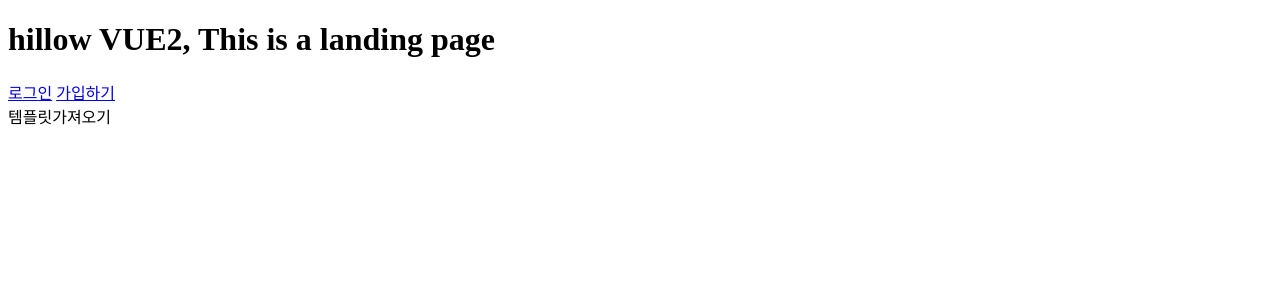
Repository: GEOkettle/SPRING_BLOG
Page: blog/src/main/resources/public/html/main/index.html
An editor plug-in stored every save of this project. The page is shown before and after the next save, followed by the edit.
The browser window is 1280 px wide. The pictures show the whole page.

Above is the page before, as saved 2023-03-31 07:50:40.

After the next save:
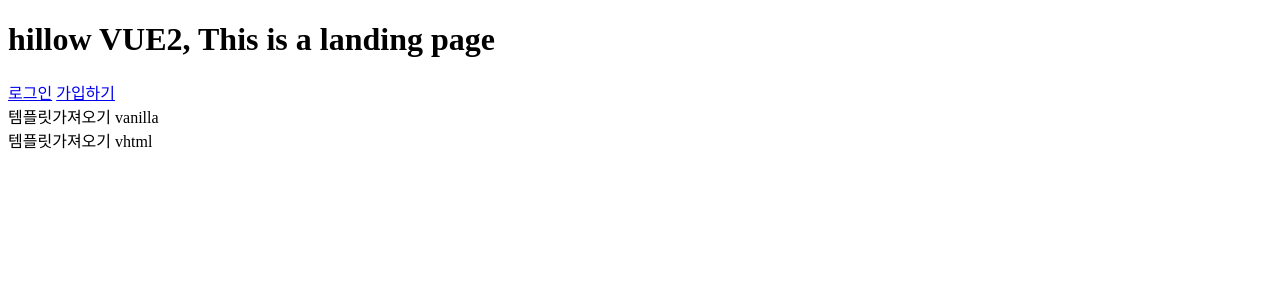
Saved 69 s later.
--- a/blog/src/main/resources/public/html/main/index.html
+++ b/blog/src/main/resources/public/html/main/index.html
@@ -36,7 +36,8 @@
 	<a href="./signIn.html">로그인</a>
 	<a href="./signUp.html">가입하기</a>
 
-<div onclick="getTemplate()">템플릿가져오기</div>
+<div onclick="getTemplate()">템플릿가져오기 vanilla</div>
+<div @click="getTemplate()">템플릿가져오기 vhtml</div>
 <div id="myApp"></div>
 
   <div v-html="templateHtml"></div>
